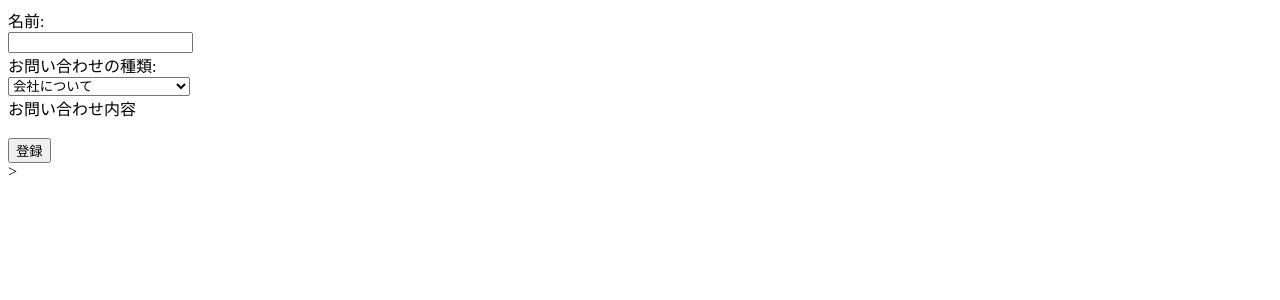
Repository: Sakamoto-Akira/test
Page: http://localhost/HelloServlet/inquiry.jsp
The author's editor kept a copy of each file at every save. The page is drawn from the files as they stood at one save, then again after the next save.
The browser window is 1280 px wide. The pictures show the whole page.
The page is served by Tomcat 9.

Above is the page before, as saved 2019-04-22 07:05:24.

After the next save:
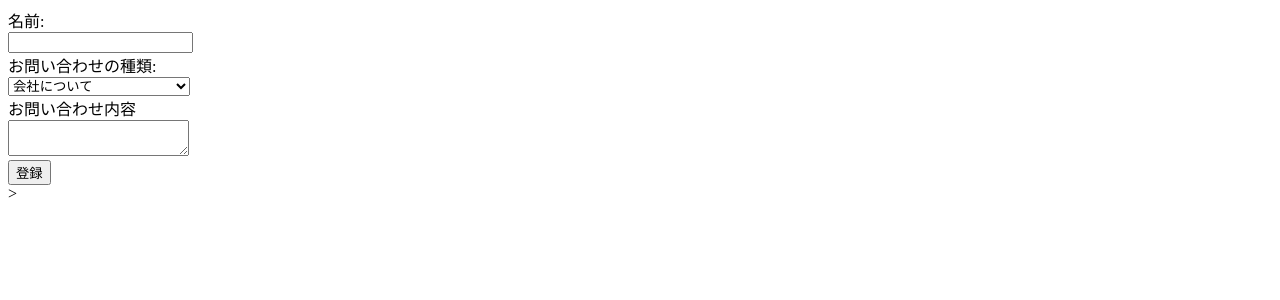
Saved 63 s later.
--- a/HelloServlet/WebContent/inquiry.jsp
+++ b/HelloServlet/WebContent/inquiry.jsp
@@ -16,9 +16,10 @@
 			<option value="support">アフターサポートについて</option>
 			<option value="company">会社について</option>
 		</select><br>お問い合わせ内容<br>
-		<textname>
+		<textarea name="body">
+		</textarea>
 			<br><input type="submit" value="登録">
-		</textname>
+
 	</form>>
 
 </body>
